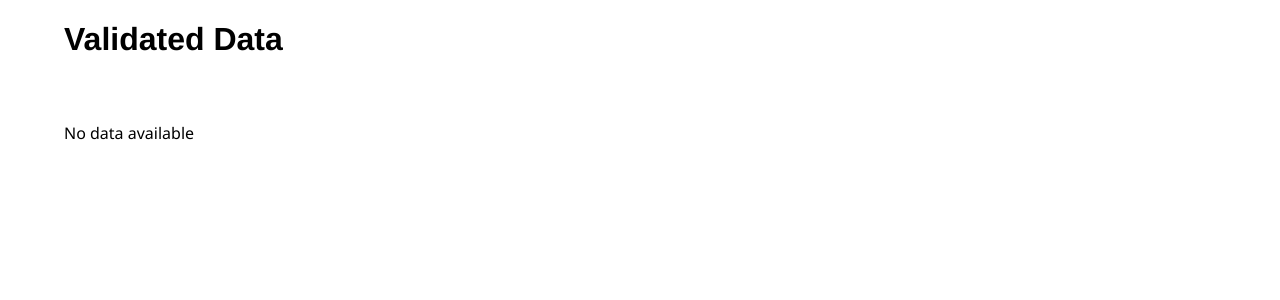
Repository: kaizoku010/mirrorscreenapp
Page: /validate
The author's editor kept a copy of each file at every save. The page is drawn from the files as they stood at one save, then again after the next save.
The browser window is 1280 px wide. The pictures show the whole page.
The page's requests for data from a server got no answer. The project was rebuilt for these pictures with package versions that can differ from the ones it lists, and the page was loaded fresh each time. No one was signed in, and anything a server would have sent is missing. Also part of the build but not shown: src/App.js, src/atoms/printMe.css, src/temps/TicketTemplate.js, src/atoms/PrintMe.js, src/atoms/homeAtom.css, src/atoms/HomeAtom.js, src/Sections/Home.js, src/atoms/editModal.css.

Above is the page before, as saved 2024-06-18 05:40:09.

### public/index.html
<!DOCTYPE html>
<html lang="en">
  <head>
    <meta charset="utf-8" />
    <link rel="icon" href="%PUBLIC_URL%/favicon.ico" />
    <meta name="viewport" content="width=device-width, initial-scale=1" />
    <meta name="theme-color" content="#000000" />
    <meta
      name="description"
      content="Web site created using create-react-app"
    />
    <link rel="apple-touch-icon" href="%PUBLIC_URL%/logo192.png" />
    <!--
      manifest.json provides metadata used when your web app is installed on a
      user's mobile device or desktop. See https://developers.google.com/web/fundamentals/web-app-manifest/
    -->
    <link rel="manifest" href="%PUBLIC_URL%/manifest.json" />
    <!--
      Notice the use of %PUBLIC_URL% in the tags above.
      It will be replaced with the URL of the `public` folder during the build.
      Only files inside the `public` folder can be referenced from the HTML.

      Unlike "/favicon.ico" or "favicon.ico", "%PUBLIC_URL%/favicon.ico" will
      work correctly both with client-side routing and a non-root public URL.
      Learn how to configure a non-root public URL by running `npm run build`.
    -->
    <script src="https://unpkg.com/piesocket-js@5"></script>
    <title>Mirror App</title>
  </head>
  <body>
    <noscript>You need to enable JavaScript to run this app.</noscript>
    <div id="root"></div>
    <!--
      This HTML file is a template.
      If you open it directly in the browser, you will see an empty page.

      You can add webfonts, meta tags, or analytics to this file.
      The build step will place the bundled scripts into the <body> tag.

      To begin the development, run `npm start` or `yarn start`.
      To create a production bundle, use `npm run build` or `yarn build`.
    -->
  </body>
</html>

### src/index.js
import React from 'react';
import ReactDOM from 'react-dom/client';
import './index.css';
import App from './App';
import reportWebVitals from './reportWebVitals';
import {
  createBrowserRouter,
  RouterProvider,
} from "react-router-dom";
import Root from './Sections/Home';
import Validate_ from './atoms/Valuser';


const router = createBrowserRouter([
  {
    path: "*",
    element: <Root/>,

  },

  {
    path:"validate",
    element:<Validate_/>
  }
]);


const root = ReactDOM.createRoot(document.getElementById('root'));
root.render(
  <React.StrictMode>
    <RouterProvider router={router} />
  </React.StrictMode>
);

// If you want to start measuring performance in your app, pass a function
// to log results (for example: reportWebVitals(console.log))
// or send to an analytics endpoint. Learn more: https://bit.ly/CRA-vitals
reportWebVitals();

### src/index.css
body {
  margin: 0;
  font-family: "WF Visual Sans","Tanker Regular";
  -webkit-font-smoothing: antialiased;
  -moz-osx-font-smoothing: grayscale;
}

code {
  font-family: source-code-pro, Menlo, Monaco, Consolas, 'Courier New',
    monospace;
}


p{
  margin: 0 !important;
  font-family: 'Segoe UI', Tahoma, Geneva, Verdana, sans-serif;
}

### src/atoms/Valuser.js
import React, { useEffect, useState } from 'react';
import { useLocation } from 'react-router-dom';
import { db, collection, onSnapshot, doc, updateDoc } from '../operations/firebase'; // Adjust firebase imports as per your setup
import EditModal from './EditModal'; // Import your EditModal component
import "./valuser.css";

function Valuser() {
  const location = useLocation();
  const initialData = location.state?.data;
  const [scannedData, setScannedData] = useState(initialData ? [initialData] : []);
  const [editedData, setEditedData] = useState(null); // State to hold edited data temporarily
  const [openModal, setOpenModal] = useState(false); // State to control modal visibility

  useEffect(() => {
    const checksRef = collection(db, 'checks');
    const unsubscribe = onSnapshot(checksRef, (snapshot) => {
      snapshot.docChanges().forEach((change) => {
        if (change.type === 'added') {
          const newCheck = change.doc.data();
          console.log('New check-in data: ', newCheck);
          if (!scannedData.find(item => item.uid === newCheck.uid)) {
            setScannedData(prevData => [...prevData, newCheck]);
          }
        }
      });
    });

    return () => unsubscribe();
  }, [scannedData]);

  const handleEdit = (data) => {
    setEditedData(data);
    setOpenModal(true);
  };

  const handleCloseModal = () => {
    setOpenModal(false);
    setEditedData(null);
  };

  const handleSave = async () => {
    if (editedData) {
      const docRef = doc(db, 'checks', editedData.uid);
      await updateDoc(docRef, editedData); // Update the document in Firestore
      setOpenModal(false);
      setEditedData(null);
    }
  };

  return (
    <div>
      <h1 className='new-data-header'>Validated Data</h1>
      <div className='card-data'>
        {scannedData.length > 0 ? (
          scannedData.map((data, index) => (
            <div key={index} className='card-holder' onClick={() => handleEdit(data)}>
              <img className='user-image' src={data.image} alt="Attendee" />
              <div className='card-right-side'>
                <p><strong>Name:</strong> {data.name}</p>
                <p><strong>Email:</strong> {data.email}</p>
                <p><strong>Occupation:</strong> {data.occupation}</p>
                <p><strong>Office:</strong> {data.office}</p>
                <p><strong>Phone Number:</strong> {data.phonenumber}</p>
              </div>
            </div>
          ))
        ) : (
          <p>No data available</p>
        )}
      </div>

      {/* Render the EditModal component */}
      <EditModal
        open={openModal}
        onClose={handleCloseModal}
        onSave={handleSave}
        data={editedData}
      />
    </div>
  );
}

export default Valuser;

### src/operations/firebase.js
import { initializeApp } from "firebase/app";
import {
  getFirestore,
  collection,
  orderBy,
  where,
  setDoc,
  query,
  addDoc,
  runTransaction,
  doc,
  getDoc,
  firestore,
  updateDoc,
  getDocs,
  onSnapshot,
  serverTimestamp,
  limit,
  startAfter,
  arrayUnion
} from "firebase/firestore";

// import { AppRegistry } from 'react-native';
// import App from './App.js';
// import { name as appName } from './app.json';


// TODO: Add SDKs for Firebase products that you want to use
// https://firebase.google.com/docs/web/setup#available-libraries

// Your web app's Firebase configuration
const firebaseConfig = {
    apiKey: "AIzaSyA689XXkcCzM-Q4GTSNrHbI9e13-9XKHoA",
    authDomain: "selfcheckinapps.firebaseapp.com",
    databaseURL: "https://selfcheckinapps-default-rtdb.firebaseio.com",
    projectId: "selfcheckinapps",
    storageBucket: "selfcheckinapps.appspot.com",
    messagingSenderId: "861079724058",
    appId: "1:861079724058:web:fcbd3d5fb16938e6a6f1a3"
  };

// Initialize Firebase app
const app = initializeApp(firebaseConfig);
// const auth = getAuth(app);
const db = getFirestore(app);

// AppRegistry.registerComponent(appName, () => App);

export {
  where,
  doc,
  updateDoc,
  getDoc,
  db,
  orderBy,
  runTransaction,
  query,
  addDoc,
  serverTimestamp,
  collection,
  onSnapshot,
  getDocs,
  setDoc,
  limit,
  startAfter,
  arrayUnion
}

### src/atoms/EditModal.js
// EditModal.js
import React, { useState, useEffect } from 'react';
import { Modal, Box, Button, TextField } from '@mui/material';
import "./editModal.css"
const EditModal = ({ open, onClose, onSave, data }) => {
  const [editedData, setEditedData] = useState(data || { name: '', email: '', occupation: '', office: '', phonenumber: '' });

  useEffect(() => {
    // Update editedData when data changes
    setEditedData(data || { name: '', email: '', occupation: '', office: '', phonenumber: '' });
  }, [data]);

  const handleChange = (e) => {
    const { name, value } = e.target;
    setEditedData(prevData => ({
      ...prevData,
      [name]: value
    }));
  };

  const handleImageChange = (e) => {
    // Handle image change logic here
    // Example: Upload image and update editedData.image with new URL
  };

  return (
    <Modal
      open={open}
      onClose={onClose}
      aria-labelledby="edit-modal-title"
      aria-describedby="edit-modal-description"
    >
      <Box sx={{ position: 'absolute', top: '50%', left: '50%', transform: 'translate(-50%, -50%)', width: 400, bgcolor: 'background.paper', boxShadow: 24, p: 4 }}>
        <h2 id="edit-modal-title">Edit User Details</h2>
        <TextField className='et-scanner' fullWidth label="Name" name="name" value={editedData.name} onChange={handleChange} />
        <TextField className='et-scanner' fullWidth label="Email" name="email" value={editedData.email} onChange={handleChange} />
        <TextField className='et-scanner' fullWidth label="Occupation" name="occupation" value={editedData.occupation} onChange={handleChange} />
        <TextField className='et-scanner' fullWidth label="Office" name="office" value={editedData.office} onChange={handleChange} />
        <TextField className='et-scanner' fullWidth label="Phone Number" name="phonenumber" value={editedData.phonenumber} onChange={handleChange} />
        {/* Input for changing image */}
        <input type="file" accept="image/*" onChange={handleImageChange} />
        <Button variant="contained" onClick={onSave}>Save Changes</Button>
        <Button variant="contained" onClick={onClose}>Cancel</Button>
      </Box>
    </Modal>
  );
};

export default EditModal;

### src/atoms/valuser.css
.user-image{
    width: 20%;
}

.card-holder{
    margin-top: 5%;
    place-items: center;
    display: flex;
    background-color: rgba(235, 230, 230, 0.61);
    border-radius: 2%;
}

.card-holder:hover{
    cursor: pointer;
}

.card-right-side{
    margin-left: 5%;
}

.new-data-header{
    margin-left: 5%;

    font-family: 'Franklin Gothic Medium', 'Arial Narrow', Arial, sans-serif;

}

.card-data{

    margin: 5%;
}

Loaded but not shown: src/reportWebVitals.js (common file); src/temps/TicketTemplate.css (no stored copy; drawn as an empty file)

After the next save:
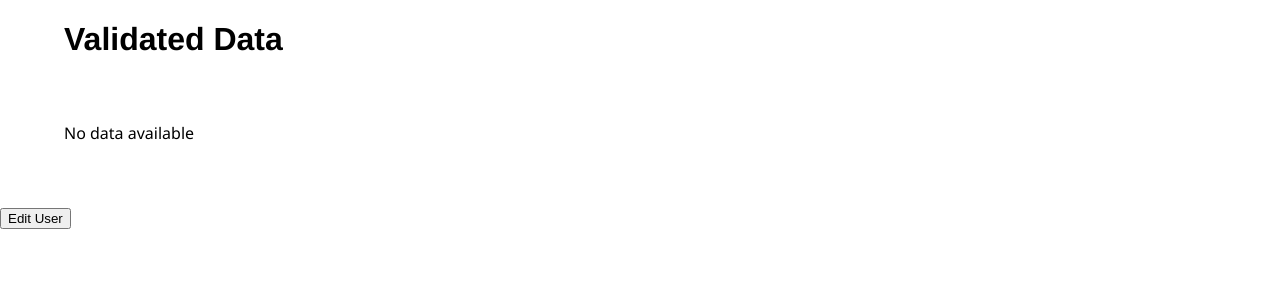
Saved 3 min 56 s later.
--- a/src/atoms/EditModal.js
+++ b/src/atoms/EditModal.js
@@ -1,49 +1,40 @@
-// EditModal.js
-import React, { useState, useEffect } from 'react';
+// MXForm.js
+import React, { useState } from 'react';
 import { Modal, Box, Button, TextField } from '@mui/material';
-import "./editModal.css"
-const EditModal = ({ open, onClose, onSave, data }) => {
-  const [editedData, setEditedData] = useState(data || { name: '', email: '', occupation: '', office: '', phonenumber: '' });
+import EditModal from './EditModal'; // Assuming EditModal is in the same directory
 
-  useEffect(() => {
-    // Update editedData when data changes
-    setEditedData(data || { name: '', email: '', occupation: '', office: '', phonenumber: '' });
-  }, [data]);
+function MXForm({ id, onRegistrationSuccess }) {
+  const [editModalOpen, setEditModalOpen] = useState(false);
+  const [selectedUser, setSelectedUser] = useState(null); // State to hold the selected user for editing
 
-  const handleChange = (e) => {
-    const { name, value } = e.target;
-    setEditedData(prevData => ({
-      ...prevData,
-      [name]: value
-    }));
+  const handleEdit = (user) => {
+    setSelectedUser(user);
+    setEditModalOpen(true);
   };
 
-  const handleImageChange = (e) => {
-    // Handle image change logic here
-    // Example: Upload image and update editedData.image with new URL
+  const handleSaveEdit = (editedData) => {
+    // Handle saving edited data (e.g., update Firestore document)
+    console.log('Saving edited data:', editedData);
+    // Example: Update Firestore document with editedData
+    setEditModalOpen(false);
   };
 
   return (
-    <Modal
-      open={open}
-      onClose={onClose}
-      aria-labelledby="edit-modal-title"
-      aria-describedby="edit-modal-description"
-    >
-      <Box sx={{ position: 'absolute', top: '50%', left: '50%', transform: 'translate(-50%, -50%)', width: 400, bgcolor: 'background.paper', boxShadow: 24, p: 4 }}>
-        <h2 id="edit-modal-title">Edit User Details</h2>
-        <TextField className='et-scanner' fullWidth label="Name" name="name" value={editedData.name} onChange={handleChange} />
-        <TextField className='et-scanner' fullWidth label="Email" name="email" value={editedData.email} onChange={handleChange} />
-        <TextField className='et-scanner' fullWidth label="Occupation" name="occupation" value={editedData.occupation} onChange={handleChange} />
-        <TextField className='et-scanner' fullWidth label="Office" name="office" value={editedData.office} onChange={handleChange} />
-        <TextField className='et-scanner' fullWidth label="Phone Number" name="phonenumber" value={editedData.phonenumber} onChange={handleChange} />
-        {/* Input for changing image */}
-        <input type="file" accept="image/*" onChange={handleImageChange} />
-        <Button variant="contained" onClick={onSave}>Save Changes</Button>
-        <Button variant="contained" onClick={onClose}>Cancel</Button>
-      </Box>
-    </Modal>
+    <div>
+      {/* Your existing form or registration component */}
+      <button onClick={() => handleEdit(user)}>Edit User</button>
+
+      {/* Render EditModal */}
+      {selectedUser && (
+        <EditModal
+          open={editModalOpen}
+          onClose={() => setEditModalOpen(false)}
+          onSave={handleSaveEdit}
+          data={selectedUser}
+        />
+      )}
+    </div>
   );
-};
+}
 
-export default EditModal;
+export default MXForm;

After the save that followed:
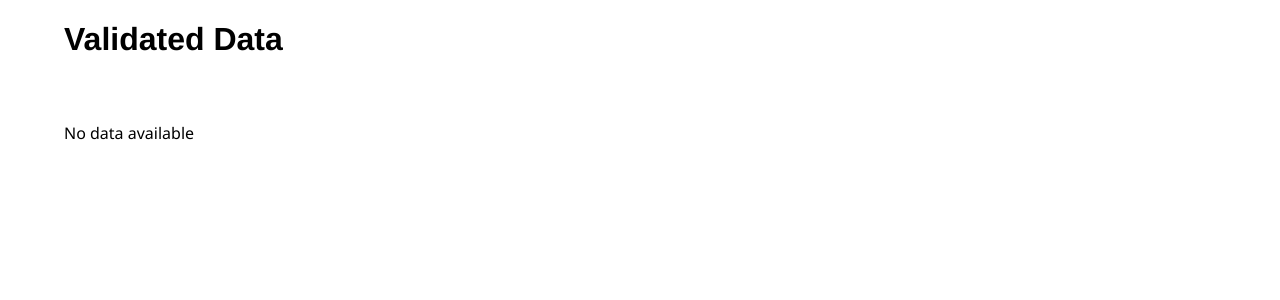
Saved 31 s later.
--- a/src/atoms/EditModal.js
+++ b/src/atoms/EditModal.js
@@ -1,40 +1,49 @@
-// MXForm.js
-import React, { useState } from 'react';
+// EditModal.js
+import React, { useState, useEffect } from 'react';
 import { Modal, Box, Button, TextField } from '@mui/material';
-import EditModal from './EditModal'; // Assuming EditModal is in the same directory
+import "./editModal.css"
+const EditModal = ({ open, onClose, onSave, data }) => {
+  const [editedData, setEditedData] = useState(data || { name: '', email: '', occupation: '', office: '', phonenumber: '' });
 
-function MXForm({ id, onRegistrationSuccess }) {
-  const [editModalOpen, setEditModalOpen] = useState(false);
-  const [selectedUser, setSelectedUser] = useState(null); // State to hold the selected user for editing
+  useEffect(() => {
+    // Update editedData when data changes
+    setEditedData(data || { name: '', email: '', occupation: '', office: '', phonenumber: '' });
+  }, [data]);
 
-  const handleEdit = (user) => {
-    setSelectedUser(user);
-    setEditModalOpen(true);
+  const handleChange = (e) => {
+    const { name, value } = e.target;
+    setEditedData(prevData => ({
+      ...prevData,
+      [name]: value
+    }));
   };
 
-  const handleSaveEdit = (editedData) => {
-    // Handle saving edited data (e.g., update Firestore document)
-    console.log('Saving edited data:', editedData);
-    // Example: Update Firestore document with editedData
-    setEditModalOpen(false);
+  const handleImageChange = (e) => {
+    // Handle image change logic here
+    // Example: Upload image and update editedData.image with new URL
   };
 
   return (
-    <div>
-      {/* Your existing form or registration component */}
-      <button onClick={() => handleEdit(user)}>Edit User</button>
+    <Modal
+      open={open}
+      onClose={onClose}
+      aria-labelledby="edit-modal-title"
+      aria-describedby="edit-modal-description"
+    >
+      <Box sx={{ position: 'absolute', top: '50%', left: '50%', transform: 'translate(-50%, -50%)', width: 400, bgcolor: 'background.paper', boxShadow: 24, p: 4 }}>
+        <h2 id="edit-modal-title">Edit User Details</h2>
+        <TextField className='et-scanner' fullWidth label="Name" name="name" value={editedData.name} onChange={handleChange} />
+        <TextField className='et-scanner' fullWidth label="Email" name="email" value={editedData.email} onChange={handleChange} />
+        <TextField className='et-scanner' fullWidth label="Occupation" name="occupation" value={editedData.occupation} onChange={handleChange} />
+        <TextField className='et-scanner' fullWidth label="Office" name="office" value={editedData.office} onChange={handleChange} />
+        <TextField className='et-scanner' fullWidth label="Phone Number" name="phonenumber" value={editedData.phonenumber} onChange={handleChange} />
+        {/* Input for changing image */}
+        <input type="file" accept="image/*" onChange={handleImageChange} />
+        <Button variant="contained" onClick={onSave}>Save Changes</Button>
+        <Button variant="contained" onClick={onClose}>Cancel</Button>
+      </Box>
+    </Modal>
+  );
+};
 
-      {/* Render EditModal */}
-      {selectedUser && (
-        <EditModal
-          open={editModalOpen}
-          onClose={() => setEditModalOpen(false)}
-          onSave={handleSaveEdit}
-          data={selectedUser}
-        />
-      )}
-    </div>
-  );
-}
-
-export default MXForm;
+export default EditModal;
